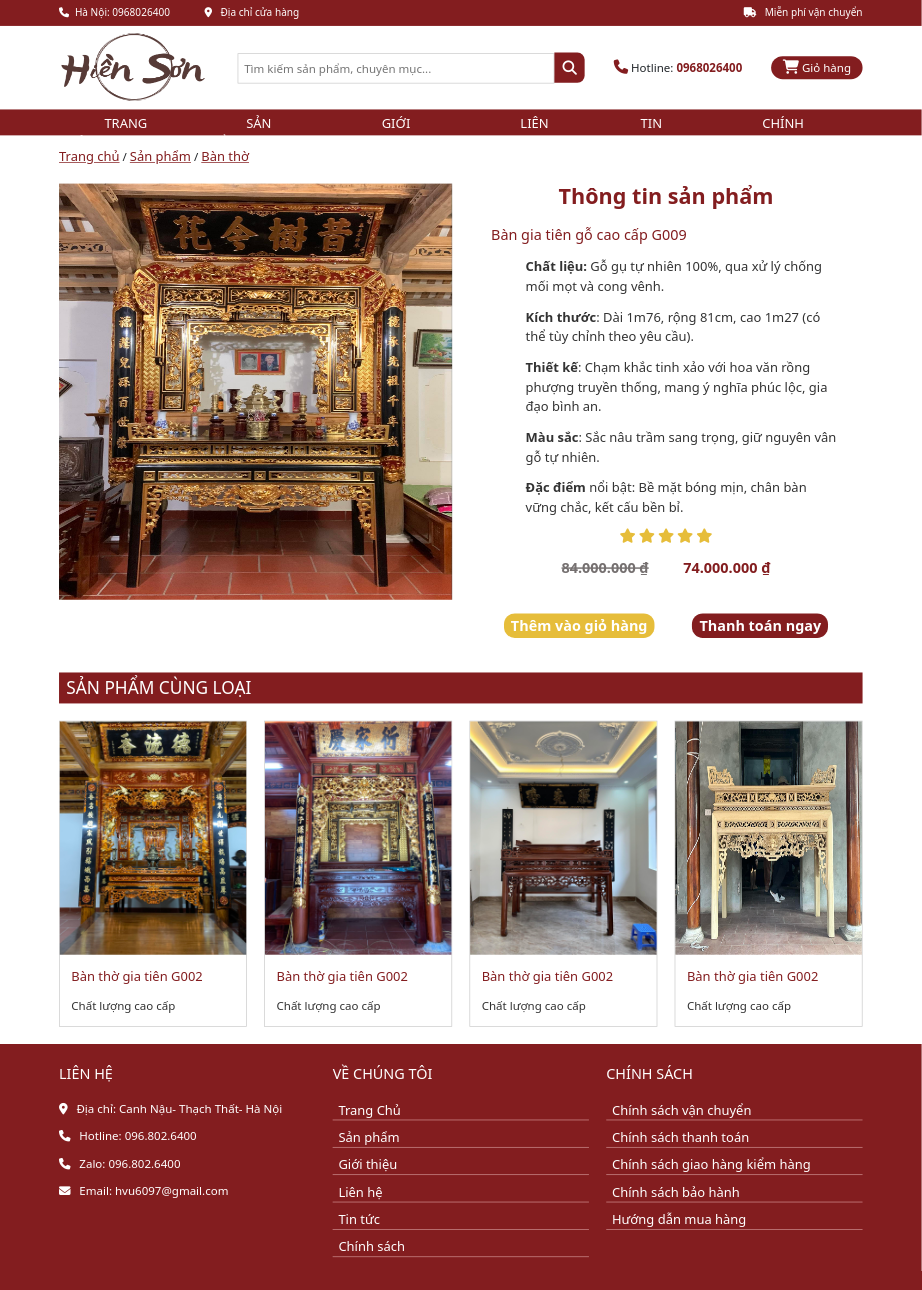
Repository: hoang28092000/do_go_hien_son
Page: product_details/ban_tho-g009.html
The author's editor kept a copy of each file at every save. The page is drawn from the files as they stood at one save, then again after the next save.
The browser window is 1280 px wide. The pictures show the whole page, at 72% of full size.
Some web libraries are served in a nearby version.

Above is the page before, as saved 2024-08-10 22:15:48.

### product_details/ban_tho-g009.html
<!DOCTYPE html>
<html lang="en">
<head>
    <meta charset="UTF-8">
    <meta name="viewport" content="width=device-width, initial-scale=1.0">
    <link rel="stylesheet" href="../asset/style.css">
    <link rel="stylesheet" href="https://cdnjs.cloudflare.com/ajax/libs/font-awesome/6.6.0/css/all.min.css" integrity="sha512-Kc323vGBEqzTmouAECnVceyQqyqdsSiqLQISBL29aUW4U/M7pSPA/gEUZQqv1cwx4OnYxTxve5UMg5GT6L4JJg==" crossorigin="anonymous" referrerpolicy="no-referrer" />
    <link href="https://cdn.jsdelivr.net/npm/bootstrap@5.3.3/dist/css/bootstrap.min.css" rel="stylesheet" integrity="sha384-QWTKZyjpPEjISv5WaRU9OFeRpok6YctnYmDr5pNlyT2bRjXh0JMhjY6hW+ALEwIH" crossorigin="anonymous">
    <title>Bàn thờ gia tiên G009</title>
</head>
<body>
    <div id="header">
        <div class="top_header">
            <div class="container">
                <div class=" d-flex align-items-center justify-content-between pt-1">
                    <div class="d-flex">
                        <p class="mb-0 me-5"><a href="" class="txt-th">
                            <i class="fa-solid fa-phone icon-th pe-2"></i>Hà Nội: 0968026400
                        </a></p>
                        <p class="mb-0"><a href="" class="txt-th">
                            <i class="fa-solid fa-location-dot icon-th pe-2"></i>
                        Địa chỉ cửa hàng</a></p>
                    </div>
                    <p class="mb-0"><a href="" class="txt-th">
                        <i class="fa-solid fa-truck icon-th pe-2"></i>
                    Miễn phí vận chuyển</a></p>
                </div>
            </div>
        </div>
    </div>

        <div class="main_header py-2">
            <div class="container">
                <ul class="d-flex justify-content-between align-items-center ps-0 mb-0">
                    <li class="logo-hs">
                        <a href="../index.html"><img src="../asset/image/logo_1.png" class="logo-hd" alt=""></a>
                    </li>
                    <li class="search-hd">
                        <input type="text" class="input-search-hd" placeholder="Tìm kiếm sản phẩm, chuyên mục..."><i class="fa-solid fa-magnifying-glass icon-search_hd"></i>
                    </li>

                    <li class="contact-hd">
                        <i class="fa-solid fa-phone icon-hd "></i>
                        <span class="txt-hd">Hotline: <b style="color: #831d1f;">0968026400</b></span>
                    </li>

                    <li class="cart-hd">
                        <p class="mb-0 cart-list py-1 px-3">
                            <i class="fa-solid fa-cart-shopping icon-cart"></i><span class="txt-cart"> Giỏ hàng</span>
                        </p>
                    </li>
                </ul>
            </div>
        </div>

        <div class="bottom_header">
            <div class="container">
                <ul class="links d-flex justify-content-center align-items-center mb-0 ps-0">
                    <li class="link "><a href="../index.html" class="txt-link">TRANG CHỦ</a></li>
                    <li class="link"><a href="../website/product.html" class="txt-link">SẢN PHẨM</a></li>
                    <li class="link"><a href="../website/about-us.html" class="txt-link">GIỚI THIỆU</a></li>
                    <li class="link"><a href="../website/contact.html" class="txt-link">LIÊN HỆ</a></li>
                    <li class="link"><a href="../website/news.html" class="txt-link">TIN TỨC</a></li>
                    <li class="link"><a href="../website/policy.html" class="txt-link">CHÍNH SÁCH</a></li>
                 </ul>
            </div>
        </div>
    </div>
    <div class="main-product_details">
        <div class="container">
            <div class="links-product_details pt-3 pb-4">
                <a href="../index.html" class="link-pd">Trang chủ</a>
                <span class="slash"> /</span>
                <a href="../website/product.html" class="link-pd">Sản phẩm</a>
                <span class="slash"> /</span>
                <a href="../website/product.html" class="link-pd">Bàn thờ</a>
            </div>

            <div class="card-p_details">
                <div class="row">
                    <div class="col-lg-6">
                        <img src="../asset/image/anhn1.jfif" alt="" class="img-p_details w-100">
                    </div>
                    <div class="col-lg-6">
                        <div class="info-p_details">
                            <h3 class="name-p_details">
                                Thông tin sản phẩm
                            </h3>

                            <div class="desc-info-pd">
                                <p class="heading-pd">
                                    Bàn gia tiên gỗ cao cấp G009
                                </p>
                                <p class="txt-pd ps-5">
                                    <b>Chất liệu:</b> Gỗ gụ tự nhiên 100%, qua xử lý chống mối mọt và cong vênh.
                                </p>
                                <p class="txt-pd ps-5">
                                    <b>Kích thước</b>: Dài 1m76, rộng 81cm, cao 1m27 (có thể tùy chỉnh theo yêu cầu).
                                </p>
                                <p class="txt-pd ps-5">
                                    <b>Thiết kế</b>: Chạm khắc tinh xảo với hoa văn rồng phượng truyền thống, mang ý nghĩa phúc lộc, gia đạo bình an.
                                </p>
                                <p class="txt-pd ps-5">
                                    <b>Màu sắc</b>: Sắc nâu trầm sang trọng, giữ nguyên vân gỗ tự nhiên.
                                </p>
                                <p class="txt-pd ps-5">
                                    <b>Đặc điểm</b> nổi bật: Bề mặt bóng mịn, chân bàn vững chắc, kết cấu bền bỉ.
                                </p>
                                <div class="evaluate ">
                                    <i class="fa-solid fa-star icon-star"></i>
                                    <i class="fa-solid fa-star icon-star"></i>
                                    <i class="fa-solid fa-star icon-star"></i>
                                    <i class="fa-solid fa-star icon-star"></i>
                                    <i class="fa-solid fa-star icon-star"></i>

                                </div>
                                <div class="prices-pd d-flex justify-content-center my-3">
                                    <p class="price-pd mb-0">84.000.000 ₫</p>
                                    <p class="price_sold_out mb-0 ps-5">74.000.000 ₫</p>
                                </div>
                                <div class="pay text-center mt-5" >
                                    <button class="add_cart me-5">Thêm vào giỏ hàng</button>
                                    <button class="buy">Thanh toán ngay</button>
                                </div>
                        </div>
                    </div>
                </div>
            </div>
            <h3 class="title-pd mt-5">
                SẢN PHẨM CÙNG LOẠI
            </h3>
            <div class="pd-relate my-4">
                <div class="row">
                    <div class="col-lg-3">
                        <a href="" class="a-link_pd">
                            <div class="card-pd">
                                <img src="../asset/image/anhn3.jfif" alt="this is picture" class="w-100 img-relate">
                                <p class="name-product_r mt-3 px-3">Bàn thờ gia tiên G002</p>
                                <p class="info-pd_r px-3">Chất lượng cao cấp</p>
                            </div>
                        </a>
                    </div>
                    <div class="col-lg-3">
                        <a href="" class="a-link_pd">
                            <div class="card-pd">
                                <img src="../asset/image/anhn4.jfif" alt="this is picture" class="w-100 img-relate">
                                <p class="name-product_r mt-3 px-3">Bàn thờ gia tiên G002</p>
                                <p class="info-pd_r px-3">Chất lượng cao cấp</p>
                            </div>
                        </a>
                    </div>
                    <div class="col-lg-3">
                        <a href="" class="a-link_pd">
                            <div class="card-pd">
                                <img src="../asset/image/anhn5.jfif" alt="this is picture" class="w-100 img-relate">
                                <p class="name-product_r mt-3 px-3">Bàn thờ gia tiên G002</p>
                                <p class="info-pd_r px-3">Chất lượng cao cấp</p>
                            </div>
                        </a>
                    </div>
                    <div class="col-lg-3">
                        <a href="" class="a-link_pd">
                            <div class="card-pd">
                                <img src="../asset/image/anhn7.jfif" alt="this is picture" class="w-100 img-relate">
                                <p class="name-product_r mt-3 px-3">Bàn thờ gia tiên G002</p>
                                <p class="info-pd_r px-3">Chất lượng cao cấp</p>
                            </div>
                        </a>
                    </div>
                </div>
            </div>
        </div>
    </div>


    <div id="footer" class="mt-3">
        <div class="container">
            <div class="row">
                <div class="col-lg-4">
                    <h4 class="title-ft">LIÊN HỆ</h4>
                    <ul class="list-info">
                        <li>
                            <i class="fa-solid fa-location-dot icon-ft pe-2"></i>
                            <span class="txt-ft">Địa chỉ: Canh Nậu- Thạch Thất- Hà Nội</span>
                        </li>
                        <li>
                            <i class="fa-solid fa-phone icon-ft pe-2"></i>
                            <span class="txt-ft">Hotline: 096.802.6400</span>
                        </li>
                        <li>
                            <i class="fa-solid fa-phone icon-ft pe-2"></i>
                            <span class="txt-ft">Zalo: 096.802.6400    </span>
                        </li>
                        <li>
                            <i class="fa-solid fa-envelope icon-ft pe-2"></i>
                           <span class="txt-ft">Email: hvu6097@gmail.com</span>
                        </li>
                    </ul>
                </div>
                <div class="col-lg-4">
                    <h4 class="title-ft">
                        VỀ CHÚNG TÔI
                    </h4>
                    <ul class="list-links ps-0">
                        <li class="item-link"><a href="../index.html" class="link-ft">Trang Chủ </a></li>
                        <li class="item-link"><a href="../website/product.html" class="link-ft">Sản phẩm</a></li>
                        <li class="item-link"><a href="../website/about-us.html" class="link-ft">Giới thiệu</a></li>
                        <li class="item-link"><a href="../website/contact.html" class="link-ft">Liên hệ</a></li>
                        <li class="item-link"><a href="../website/news.html" class="link-ft">Tin tức</a></li>
                        <li class="item-link"><a href="../website/policy.html" class="link-ft">Chính sách</a></li>
                    </ul>
                </div>
                <div class="col-lg-4">
                    <h4 class="title-ft">
                       CHÍNH SÁCH
                    </h4>
                    <ul class="list-links ps-0">
                        <li class="item-link"><a href="../website/policy.html" class="link-ft">Chính sách vận chuyển </a></li>
                        <li class="item-link"><a href="../website/policy.html" class="link-ft">Chính sách thanh toán</a></li>
                        <li class="item-link"><a href="../website/policy.html" class="link-ft">Chính sách giao hàng kiểm hàng</a></li>
                        <li class="item-link"><a href="../website/policy.html" class="link-ft">Chính sách bảo hành</a></li>
                        <li class="item-link"><a href="../website/policy.html" class="link-ft">Hướng dẫn mua hàng</a></li>
                    </ul>
                </div>

            </div>
        </div>
    </div>
</body>
</html>

### asset/style.css
*{
    padding: 0px;
    margin: 0px ;
    box-sizing: border-box;
    list-style: none;
}

.top_header{
    height: 36px;
    background-color: #831d1f;
}

.top_header .txt-th{
    color: #fff;
    font-size: 14px;
    text-decoration: none;
    font-weight: 500;
}

.top_header .icon-th{
    color: #fff;
}
.top_header .txt-th:hover,
.top_header .icon-th:hover{
    opacity: 0.7;
}

.main_header .logo-hd{
    height: 100px;
    width: 208px;
}
.main_header .input-search-hd{
    font-size: 16px;
    color: #333;
    padding-left: 8px;
    width: 440px;
    height: 42px;
    border: 1px solid #ccc;
    outline: none;
}
.main_header .icon-search_hd{
    font-size: 20px;
    background-color: #831d1f;
    padding: 11px;
    color: #fff;
    border-radius: 0 10px 10px 0;
}
.main_header .icon-search_hd:hover{
    opacity: 0.7;
    cursor: pointer;
}
.main_header .contact-hd .icon-hd{
    font-size: 20px;
    color: #831d1f;
}
.cart-hd .cart-list{
    background-color: #831d1f;
    border-radius: 16px;
}
.cart-hd .txt-cart{
    font-size: 16px;
    font-weight: 500;
    color: #fff;
}
.cart-hd .icon-cart{
    font-size: 20px;
    color: #fff;
}
.cart-hd .cart-list:hover{
    opacity: 0.7;
    cursor: pointer;
}

.bottom_header{
    height: 36px;
    background-color: #831d1f;
}
.bottom_header .links{
    list-style: none;
    padding-top: 6px;
}

.links .txt-link{
    text-decoration: none;
    font-size: 18px;
    font-weight: 500;
    color: #fff;
    padding: 7px 63px 5px;
}
/* .links .txt-link:first-child{
    padding-left:0 ;

}
.links .txt-link:last-child{
    padding-right:0 ;
} */
.links .txt-link:hover{
    cursor: pointer;
    background-color: #bd7071;
}


/* Main*/
#main{
    padding: 20px 0;
}

.left-main .product_portfolio .txt_portfolio{
    font-size: 18px;
    font-weight: 600;
    padding: 4px 10px 4px 0;
    text-align: center;
    background-color: #831d1f;
    color: #fff;
}

.left-main .list_portfolio .items-product{
    border-bottom: 1px solid #ccc;
    padding: 10px 0 4px;
}

.left-main .list_portfolio .items-product:hover{
    background-color: #bd7071;
    color: #fff;
    cursor: pointer;
}
.left-main .list_portfolio .items-product:hover .txt-porduct {
    color: #fff;
}

.left-main .list_portfolio .txt-porduct{
    font-size: 18px;
    color: #333;
    text-decoration: none;
    padding-left: 4px;
    font-weight: 500;
}

/* right-main */

.right-main .first_news .txt-title{
    font-size: 32px;
    font-weight: 600;
    color: #fff;
    background-color: #831d1f;
    padding-left: 10px;

}
.right-main .first_news .hr-title{
    height: 3px;
    background-color: rgb(83, 19, 19);
}
.right-main .first_news .img-rm{
    height: 700px;
}

.right-main .first_news .title-news{
    font-size: 24px;
    font-weight: 500;
    color: #333;

}
.right-main .first_news .txt-bnews{
    font-size: 22px;
    font-weight: 500;
    color: #333;
}
.right-main .first_news .txt-news{
    font-size: 18px;
    color: 16px;
    padding-left: 40px;
    font-weight: 400;
}

.right-main .first_news  .btxt-news{
    font-size: 20px;
    font-weight: 400;
    color: #333;
    padding-left: 20px;
}


/* Main product */
#main .product .img-product{
    height: 412px;
}
#main .product{
    box-shadow: 0px 0px 5px 4px #ccc;
    padding-bottom: 20px;
}
.link-product{
    text-decoration: none;

}
.product .name-product{
    font-size: 18px;
    color: #333;
    font-weight: 500;
    text-align: center;

}
.product .sold-out{
    font-size: 16px;
    color: #757070;
    text-align: center;
}
.product .price-pr{
    font-size: 18px;
    font-weight: 500;
    color: #757070;
    text-decoration: line-through;
}
.product .price-promotion{
    font-size: 18px;
    font-weight: 500;
    color: #fff;
    background-color: #831d1f;
    border-radius: 20px;
    text-align: center;
    padding: 4px 10px;
}
.product .icon_cart-product{
    font-size: 20px;
    color: #831d1f;
    margin-left: 10px;
}

#main .relate_news .title_relate{
    font-size: 24px;
    color: #fff;
    background-color: #831d1f;
    padding: 8px 0 8px 8px;
}
.relate_news .link-relate{
    text-decoration: none;
}
.relate_news .card-relate{
    padding-bottom: 20px;
    box-shadow: 0px 0px 5px 4px #ccc;
}
.card-relate .img-relate{
    height: 229px;
}
.card-relate .info_relate{
    padding: 20px 20px 0 20px;
}
.card-relate .info_relate .h-relate{
    font: size 18px;
    color: #333;
    font-weight: 500;
}
.card-relate .info_relate .desc-relate{
    font-size: 16px;
    font-weight: 400;
    color: #333;
}




/* main about-us */
.main_about-us .title-as{
    font-size: 30px;
    font-weight: 600;
    color: #831d1f;
    text-align: center;
}
.main_about-us .hr-as{
    width: 200px;
    height: 4px;
    background-color: #831d1f;
    margin: 0 auto;
}
.main_about-us .heading-txt{
    font-size: 20px;
    font-weight: 500;
    color: #333;
}

.main_about-us .desc-as{
    font-size: 18px;
    color: #333;
    line-height: 1.8;
}


/* main contact */

.main-contact .title-contact{
    font-size: 30px;
    font-weight: 600;
    color: #831d1f;
    text-align: center;
}

.main-contact .my-info{
    box-shadow: 0px 0px 5px 4px #ccc;
    padding:  20px ;
    height: 437px;
}
.main-contact .my-info .logo-info{
    width: 100px;
    height: 100px;
    border: 2px double #831d1f;

}
.main-contact .my-info .icon-contact{
    font-size: 20px;
    color: #831d1f;
}

.main-contact .my-info .your-info{
    font-size: 22px;
    font-weight: 500;
    color: #831d1f;
    text-align: center;
}
.main-contact .my-info .txt-yi{
    font-size: 18px;
    color: #333;
    font-weight: 500;
}

.main-contact .my-info .input-yi{
    width: 100%;
    outline: none;
    border: 1px solid #ccc;
    padding : 4px 0 4px 6px;
}
.main-contact .text-contact{
    font-size: 18px;
    color: #831d1f;
    font-weight: 500;
    text-align: center;
}
.main-contact .btn-submit{
    border-radius: 10px;
    background-color: #831d1f;
    color: #fff;
    padding: 6px 30px;
    font-size: 18px;
}


/* main-news*/
.main-news .title-news{
    font-size: 24px;
    font-weight: 500;
    color: #831d1f;
    border-bottom: 5px solid #831d1f;
}
.main-news .img-news{
    height: 205px;
}

.main-news .link-news{
    text-decoration: none;
}

.main-news .card-news{
    height: 373px;
    border: 1px solid #ccc;
}

.main-news .link-news .info-news{
    padding: 0 8px;
}

.main-news .link-news .heading-news{
    font-size: 18px;
    font-weight: 500;
    color: #333;
    padding-top: 16px;
    margin-bottom: 0;
}
.main-news .link-news .desc-news{
    font-size: 16px;
    font-weight: 400;
    color: #333;
    margin-top: 4px;
    margin-bottom: 0;
}
.main-news .link-news .time-up{
    font-size: 12px;
    color: #757070;
    font-style: italic;
    padding: 10px 0 20px;
    float: right ;
}

/*main policy  */
.main-policy .title-policy{
    font: 30px;
    color: #831d1f;
    font-weight: 700;
    text-align: center;
    padding-top: 40px;
}
.main-policy .hr-policy{
    width: 200px;
    height: 4px;
    background-color: #831d1f;
    margin: 0 auto;
}
.main-policy .info-policy{
    margin-bottom: 32px;
}

.main-policy .heading-policy{
    font-size: 20px;
    color: #333;
    font-weight: 500;
}

.main-policy .txt-policy{
    padding-left: 20px;
}


/* main thiết kế phòng thờ hợp phong thủy */
.main-design_news .title-ds_news{
    font-size: 30px;
    font-weight: 700;
    color: #831d1f;
    margin-top: 30px;
    text-align: center;
}
.main-design_news .desc-news{
    font-size: 20px;
    color: #333;
    font-weight: 400;
    line-height: 1.7;
}
.main-design_news .img-news{
    height: 400px;
    width: 45%;
    padding: 10px 20px;
}
.main-design_news .desc-img{
    font-size: 16px;
    color: #423e3e;
    font-style: italic;
    text-align: center;
    padding-top: 20px;
}
.main-design_news .title_desc-news{
    font-size: 24px;
    font-weight: 600;
}


/* main- san pham chi tiet */

.main-product_details .links-product_details .link-pd{
    color: #831d1f;
    font-size: 18px;
    font-weight: 400;

}
.main-product_details .img-p_details{
    height: 578px;
}
.main-product_details .info-p_details{
    padding: 0 30px;

}
.main-product_details .info-p_details .name-p_details{
    font-size: 30px;
    color: #831d1f;
    font-weight: 600;
    text-align: center;
}
.info-p_details .desc-info-pd .heading-pd{
    font-size: 20px;
    color: #831d1f;
    font-weight: 500;
    margin-top: 20px;
}
.desc-info-pd .txt-pd{
    font-size: 18px;
    color: #333;
    font-weight: 400;
}
.desc-info-pd .evaluate{
    text-align: center;
}
.desc-info-pd .icon-star{
    font-size: 20px;
    color: #e6bd3a;
    margin: 0 auto;
}
.desc-info-pd .price-pd{
    font-size: 20px;
    color: #757070;
    font-weight: 600;
    text-decoration: line-through;
}
.desc-info-pd .price_sold_out{
    font-size: 20px;
    color: #831d1f;
    font-weight: 600;
    border-radius: 15px;
}
.desc-info-pd .pay .add_cart{
    font-size: 20px;
    color: #fff;
    font-weight: 600;
    background-color: #e6bd3a;
    border: none;
    border-radius: 15px;
    padding: 2px 10px;
}
.desc-info-pd .pay .buy{
    font-size: 20px;
    color: #fff;
    font-weight: 600;
    background-color: #831d1f;
    border: none;
    border-radius: 15px;
    padding: 2px 10px;
}
 .main-product_details .title-pd{
    font-size: 24px;
    color: #fff;
    background: #831d1f;
    padding: 7px 0 7px 10px;

 }
 .main-product_details  .hr-pd{
    background-color: #831d1f;
    height: 4px;
 }
.main-product_details .a-link_pd{
    text-decoration: none;
}
 .main-product_details .card-pd{
    border: 1px solid #ccc;

 }
 .main-product_details .card-pd .img-relate{
    height: 324px
 }
 .main-product_details .a-link_pd .card-pd .name-product_r{
    font-size: 18px;
    color: #831d1f;
    font-weight: 500;
 }
 .main-product_details .a-link_pd .card-pd .info-pd_r{
    font-size: 16px;
    color: #333;
    font-weight: 400;
 }





/* footer */
#footer{
    background-color: #831d1f;
    padding: 30px 0;
}
#footer .title-ft{
    font-size: 20px;
    font-weight: 500;
    color: #fff;
    margin-bottom: 24px;
}
#footer .list-info{
    padding-left: 0;
}
#footer .txt-ft ,
.icon-ft{
    color: #fff;
    font-size: 16px;
    font-weight: 400;
    padding-bottom: 18px;
}
#footer .list-links .link-ft{
    font-size: 18px;
    color: #fff;
    font-weight: 400;
    text-decoration: none;
    padding-left: 8px;
}
#footer .list-links .item-link{
    border-bottom: 1px solid #cc8b8b;
    margin-bottom: 10px;
}
#footer .list-links .item-link:hover{
    background-color: #bd7071;
    cursor: pointer;

}

After the next save:
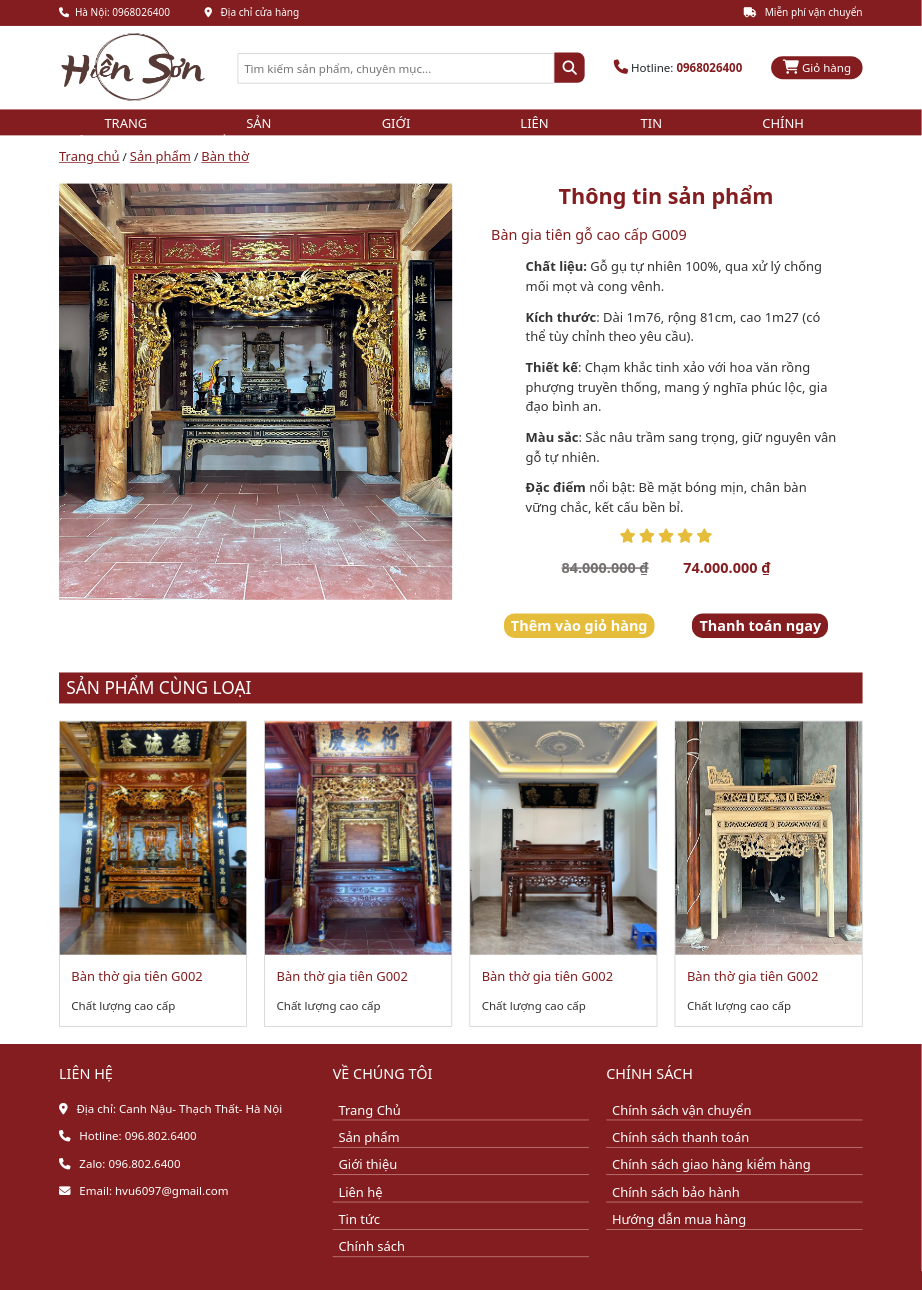
Saved 18 s later.
--- a/product_details/ban_tho-g009.html
+++ b/product_details/ban_tho-g009.html
@@ -79,7 +79,7 @@
             <div class="card-p_details">
                 <div class="row">
                     <div class="col-lg-6">
-                        <img src="../asset/image/anhn1.jfif" alt="" class="img-p_details w-100">
+                        <img src="../asset/image/anhn12.jfif" alt="" class="img-p_details w-100">
                     </div>
                     <div class="col-lg-6">
                         <div class="info-p_details">
